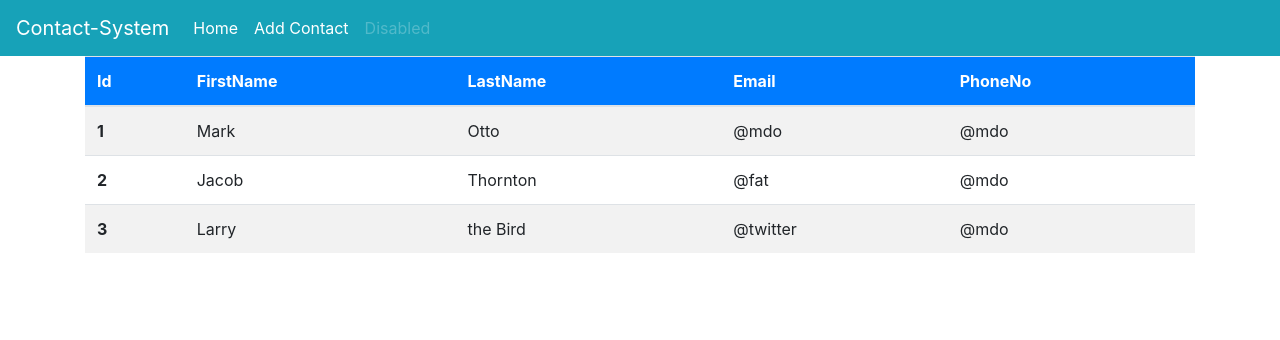
Repository: vivek9099/ContactManage
Page: http://localhost/index
The author's editor kept a copy of each file at every save. The page is drawn from the files as they stood at one save, then again after the next save.
The browser window is 1280 px wide. The pictures show the whole page.
Some web libraries are served in a nearby version. The page is this project's Thymeleaf template; nobody is signed in. The template is opened directly, without the code that normally fills it, so the values that code supplies are empty.

Above is the page before, as saved 2023-03-28 10:33:52.

### Contact-System/src/main/resources/templates/index.html
<!doctype html>
<html lang="en">
  <head>
    <!-- Required meta tags -->
    <meta charset="utf-8">
    <meta name="viewport" content="width=device-width, initial-scale=1, shrink-to-fit=no">

    <!-- Bootstrap CSS -->
    <link rel="stylesheet" href="https://cdn.jsdelivr.net/npm/bootstrap@4.0.0/dist/css/bootstrap.min.css" integrity="sha384-Gn5384xqQ1aoWXA+058RXPxPg6fy4IWvTNh0E263XmFcJlSAwiGgFAW/dAiS6JXm" crossorigin="anonymous">

    <title>HomePage</title>
  </head>
  <body>
  <!-- navbar -->
  <nav class="navbar navbar-expand-lg navbar-dark bg-info">
  <a class="navbar-brand" href="#">Contact-System</a>
  <button class="navbar-toggler" type="button" data-toggle="collapse" data-target="#navbarSupportedContent" aria-controls="navbarSupportedContent" aria-expanded="false" aria-label="Toggle navigation">
    <span class="navbar-toggler-icon"></span>
  </button>

  <div class="collapse navbar-collapse" id="navbarSupportedContent">
    <ul class="navbar-nav mr-auto">
      <li class="nav-item active">
        <a class="nav-link" href="#">Home <span class="sr-only">(current)</span></a>
      </li>
      <li class="nav-item active">
        <a class="nav-link" href="#">Add Contact</a>
      </li>

      <li class="nav-item">
        <a class="nav-link disabled" href="#">Disabled</a>
      </li>
    </ul>

  </div>
</nav>
<!-- navbar -->

<div class="container">
<table class="table table-striped">
  <thead class ="bg-primary text-white">
    <tr>
      <th scope="col">Id</th>
      <th scope="col">FirstName</th>
      <th scope="col">LastName</th>
      <th scope="col">Email</th>
      <th scope="col">PhoneNo</th>
    </tr>
  </thead>
  <tbody>
    <tr>
      <th scope="row">1</th>
      <td>Mark</td>
      <td>Otto</td>
      <td>@mdo</td>
      <td>@mdo</td>
    </tr>
    <tr>
      <th scope="row">2</th>
      <td>Jacob</td>
      <td>Thornton</td>
      <td>@fat</td>
      <td>@mdo</td>
    </tr>
    <tr>
      <th scope="row">3</th>
      <td>Larry</td>
      <td>the Bird</td>
      <td>@twitter</td>
      <td>@mdo</td>
    </tr>
  </tbody>
</table>
</div>

    <!-- Optional JavaScript -->
    <!-- jQuery first, then Popper.js, then Bootstrap JS -->
    <script src="https://code.jquery.com/jquery-3.2.1.slim.min.js" integrity="sha384-KJ3o2DKtIkvYIK3UENzmM7KCkRr/rE9/Qpg6aAZGJwFDMVNA/GpGFF93hXpG5KkN" crossorigin="anonymous"></script>
    <script src="https://cdn.jsdelivr.net/npm/popper.js@1.12.9/dist/umd/popper.min.js" integrity="sha384-ApNbgh9B+Y1QKtv3Rn7W3mgPxhU9K/ScQsAP7hUibX39j7fakFPskvXusvfa0b4Q" crossorigin="anonymous"></script>
    <script src="https://cdn.jsdelivr.net/npm/bootstrap@4.0.0/dist/js/bootstrap.min.js" integrity="sha384-JZR6Spejh4U02d8jOt6vLEHfe/JQGiRRSQQxSfFWpi1MquVdAyjUar5+76PVCmYl" crossorigin="anonymous"></script>
  </body>
</html>

After the next save:
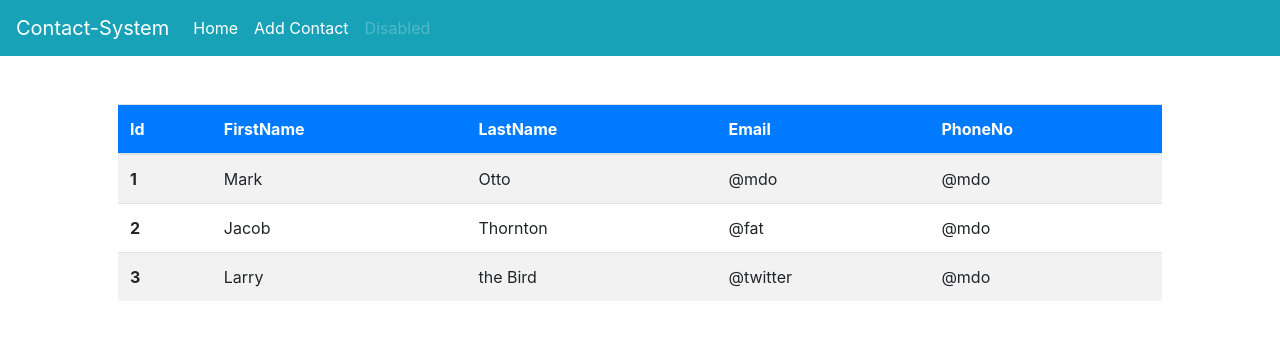
Saved 27 s later.
--- a/Contact-System/src/main/resources/templates/index.html
+++ b/Contact-System/src/main/resources/templates/index.html
@@ -36,7 +36,7 @@
 </nav>
 <!-- navbar -->
 
-<div class="container">
+<div class="container p-5">
 <table class="table table-striped">
   <thead class ="bg-primary text-white">
     <tr>
